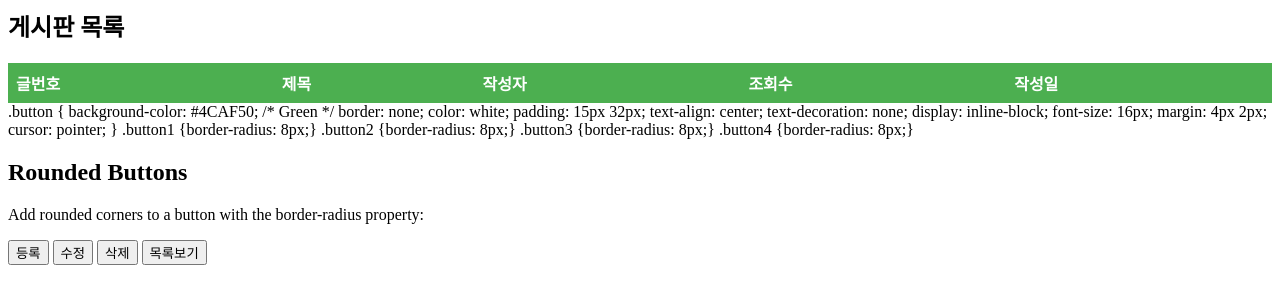
Repository: ekgus419/hckj
Page: http://localhost/Railro/WEB-INF/views/index.jsp
The author's editor kept a copy of each file at every save. The page is drawn from the files as they stood at one save, then again after the next save.
The browser window is 1280 px wide. The pictures show the whole page.
The page is served by Tomcat 9. Nobody is signed in. Other server files are loaded and not shown. The template is opened directly, without the code that normally fills it, so the values that code supplies are empty.

Above is the page before, as saved 2016-08-18 06:53:45.

### Railro/src/main/webapp/WEB-INF/views/index.jsp
<%@ page language="java" pageEncoding="UTF-8" trimDirectiveWhitespaces="true"%>
<%@ taglib prefix="c" uri="http://java.sun.com/jsp/jstl/core" %>
<%@ taglib prefix="fn" uri="http://java.sun.com/jsp/jstl/functions" %>

<div id="content">
<h2>게시판 목록</h2>
<!DOCTYPE html>
<html>
<head>
<style>
table {
    border-collapse: collapse;
    width: 100%;
}

th, td {
    text-align: left;
    padding: 8px;
}

tr:nth-child(even){background-color: #f2f2f2}

th {
    background-color: #4CAF50;
    color: white;
}
</style>
<body>
<table>
  <tr>
    <th>글번호</th>
    <th>제목</th>
    <th>작성자</th>
    <th>조회수</th>
    <th>작성일</th>
  </tr>

</table>
.button {
    background-color: #4CAF50; /* Green */
    border: none;
    color: white;
    padding: 15px 32px;
    text-align: center;
    text-decoration: none;
    display: inline-block;
    font-size: 16px;
    margin: 4px 2px;
    cursor: pointer;
}
.button1 {border-radius: 8px;}
.button2 {border-radius: 8px;}
.button3 {border-radius: 8px;}
.button4 {border-radius: 8px;}
</style>
</head>
<body>

<h2>Rounded Buttons</h2>
<p>Add rounded corners to a button with the border-radius property:</p>

<button class="button button1">등록</button>
<button class="button button2">수정</button>
<button class="button button3">삭제</button>
<button class="button button4">목록보기</button>


</body>

</html>

After the next save:
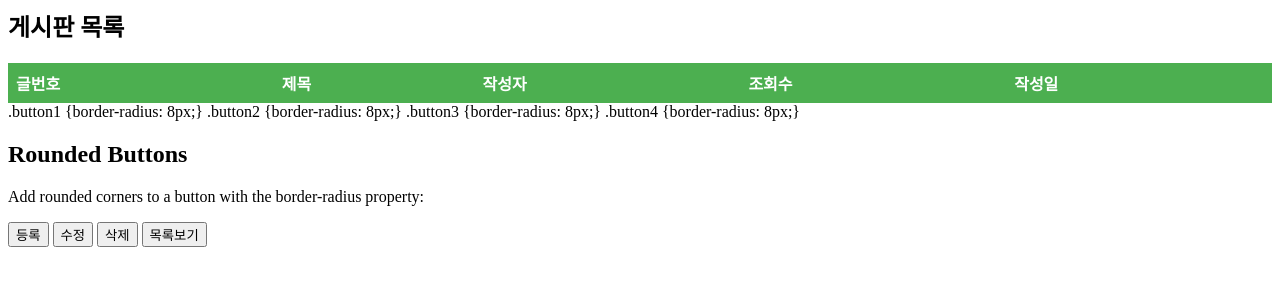
Saved 43 s later.
--- a/Railro/src/main/webapp/WEB-INF/views/index.jsp
+++ b/Railro/src/main/webapp/WEB-INF/views/index.jsp
@@ -36,18 +36,7 @@ th {
   </tr>
 
 </table>
-.button {
-    background-color: #4CAF50; /* Green */
-    border: none;
-    color: white;
-    padding: 15px 32px;
-    text-align: center;
-    text-decoration: none;
-    display: inline-block;
-    font-size: 16px;
-    margin: 4px 2px;
-    cursor: pointer;
-}
+
 .button1 {border-radius: 8px;}
 .button2 {border-radius: 8px;}
 .button3 {border-radius: 8px;}
